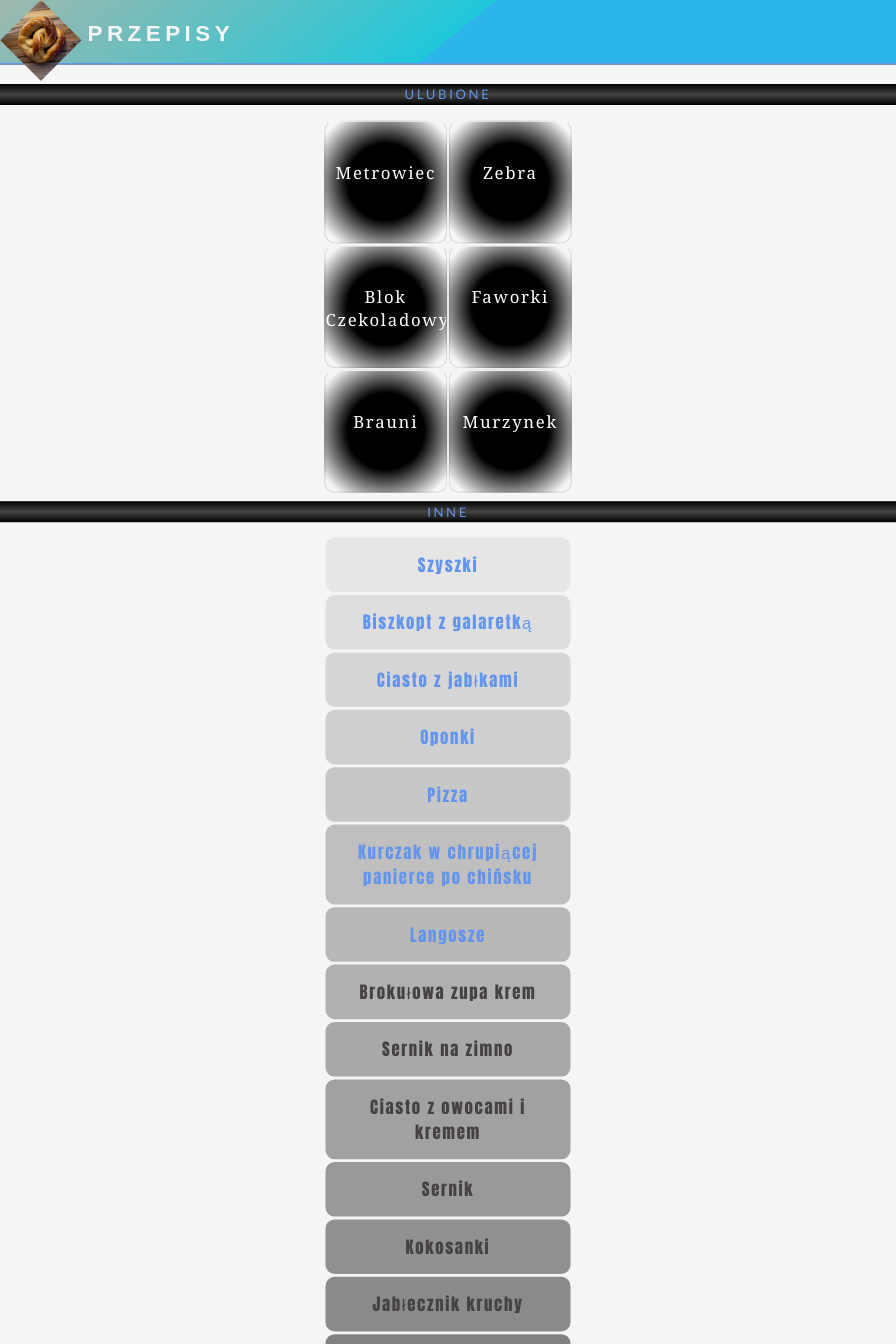
Repository: yaoayh/przepisy
Page: index.html
These files come from the project's save history. The page is drawn as it stood at one moment and after a run of saves; the edit follows.
The browser window is 1280 px wide. The pictures show the part of the page from y = 0 to 1920 px (the page is 3147 px tall), at 70% of full size.

Above is the page before, as saved 2020-08-14 01:09:33.

### index.html
<!DOCTYPE html>
<html>
    <head>
        <title>Przepisy</title>

        <meta charset="UTF-8">
        <meta name="viewport" content="width=device-width,
        initial-scale=1.0">
        <meta name="author" content="Dawid Litwin">

        <link rel="shortcut icon" href="images/icon.jpg">

        <link href="css/styles.css" type="text/css"
        rel="stylesheet" />
    </head>

    <body>
        <!--                HEADER                           -->
        <div id="header">
            <div class="picture">
                <a href="#top"><img src="images/precel.jpg" alt="precel"
                title="obrazek przedstawiajacy precel"
                width= "82,8" height= "82,8"></a>
            </div>
        <h1>Przepisy</h1>
        </div>


        <!--                    INFO 1                       -->

        <div class="info_Nr1">
            <h3>Ulubione</h3>
        </div>
        <!--                    SQARES                       -->

        <form class="head_Sqares">
            <!----------------------------------------------------------------------------------------------------------------------------------------------------------------------->
            <a class="m1" href="podstrony/metrowiec.html">
            <div class="sqares_Left">
                <p class="favorites">Metrowiec
                </p>
            </div></a>
            <a href="podstrony/Zebra.htm">
            <div class="sqares_Right">
                <p class="favorites">Zebra</p>
            </div></a>
            <!---->
            <a href="podstrony/blok_Czekoladowy.html"><div class="sqares_Left">
                <p class="bigger">Blok Czekoladowy</p>
            </div></a>
            <a href="podstrony/faworki.html"><div class="sqares_Right">
                <p>Faworki</p>
            </div></a>
            <!---->
            <a href="podstrony/brauni.html"> <div class="sqares_Left">
                <p>Brauni</p>
            </div></a>
            <a href="podstrony/murzynek.html"><div class="sqares_Right">
                <p>Murzynek</p>
            </div></a>
            <!----------------------------------------------------------------------------------------------------------------------------------------------------------------------->
        </form>
        <div class="info_Nr2">
            <h3>Inne</h3>
        </div>
        <!--            CZEŚĆ DRUGA                          -->

        <form class="main2">
            <a href="podstrony/szyszki.html"><div class="n1"><p class="p1">Szyszki</p></div></a>
            <a href="podstrony/biszkopt_z_galaretką.html"><div class="n2"><p class="p1">Biszkopt z galaretką</p></div></a>
            <a href="podstrony/ciasto_z_jablkami.html"><div class="n3"><p class="p1">Ciasto z jabłkami</p></div></a>
            <a href="podstrony/oponki.html"><div class="n4"><p class="p1">Oponki</p></div></a>
            <a href="podstrony/pizza.html"><div class="n5"><p class="p1">Pizza</p></div></a>
            <a href="podstrony/kurczak_po_chinsku.html"><div class="n6"><p class="p1">Kurczak w chrupiącej panierce po chińsku</p></div></a>
            <a href="podstrony/langosze.html"><div class="n7"><p class="p1">Langosze</p></div></a>
            <a href="podstrony/brokulowa_zupa_krem.html"><div class="n8"><p class="p1_Shadow">Brokułowa zupa krem</p></div></a>
            <a href="podstrony/sernik_na_zimno.html"><div class="n9"><p class="p1_Shadow">Sernik na zimno</p></div></a>
            <a href="podstrony/ciasto_z_owocami_i_kremem.html"><div class="n10"><p class="p1_Shadow">Ciasto z owocami i kremem</p></div></a>
            <a href="podstrony/sernik.html"><div class="n11"><p class="p1_Shadow">Sernik</p></div></a>
            <a href="podstrony/kokosanki.html"><div class="n12"><p class="p1_Shadow">Kokosanki</p></div></a>
            <a href="podstrony/jablecznik_kruchy.html"><div class="n13"><p class="p1_Shadow">Jabłecznik kruchy</p></div></a>
            <a href="podstrony/ciasto_kasi.html"><div class="n14"><p class="p1_Shadow">Ciasto Kasi</p></div></a>
            <a href="podstrony/ciasto_ucierane.html"><div class="n15"><p class="p1">Ciasto ucierane z owocami</p></div></a>
            <a href="podstrony/gofry.html"><div class="n16"><p class="p1">Gofry</p></div></a>
            <a href="podstrony/brauni.html"><div class="n17"><p class="p1">Brauni Kasi</p></div></a>
            <a href="podstrony/salatka_francuska.html"><div class="n18"><p class="p1">Sałatka francuska</p></div></a>
            <a href="podstrony/botwina.html"><div class="n19"><p class="p1">Botwina</p></div></a>
            <a href="podstrony/nalewka.html"><div class="n20"><p class="p1">Nalewka</p></div></a>
            <a href="podstrony/salatka_zolta.html"><div class="n21"><p class="p1">Sałatka żółta</p></div></a>
            <a href="podstrony/ogorki_konserwowe.html"><div class="n22"><p class="p1">Ogórki konserwowe</p></div></a>
            <a href="podstrony/zacierki.html"><div class="n23"><p class="p1">Zacierki</p></div></a>
            <div class="n24"><p class="p1">Zupa serowa z pulpetami</p></div>
            <a href="podstrony/sos_beszamelowy_zapiekany.html"><div class="n25"><p class="p1">Sos beszamelowy Zapiekany</p></div></a>
            <a href="podstrony/kurczak_z_antylii.html">
                <div class="n26">
                    <p class="p1">Kurczak z Antylii</p>
                </div>
            </a>
            <br>

        </form>
        <br><br><br>

        <!--            PRAWA AUTORIESKIE                    -->

        <form class="bottom">
            <strong> <q>Precel</q>
                by <a class="a_Bottom" href="https://www.flickr.com/photos/ajay_suresh/">ajay_suresh</a>
        </strong>
        </form>


    </body>
</html>

### css/styles.css

html{overflow: scroll;}
body {
    height: auto;
	margin: 0px;
    background-color: whitesmoke;
}

/*                      Nagłówek                    */
body.body_Undersite{
    padding: 5px;
}
#header {
    top: 0px;
    width: 100%;
    height: 90px;
    position: fixed;
    background-color: black;
    background-image: linear-gradient(141deg, #9fb8ad 0%, #1fc8db 51%, #2cb5e8 51%, #2cb5e8 75%);
    border-bottom: 2px solid cornflowerblue;}

.picture{
    margin: 16px;
    float: left;
    width: 82px;
    transform: rotate(45deg);}

h1 {
    text-transform: uppercase;
    font-family: Arial, Helvetica, sans-serif;
    letter-spacing: 0.2em;
    font-style: normal;
    color: whitesmoke;
    padding: 30px 30px 30px 15px;
    margin-left: 110px;
    margin-top: 0px;}


/*                  CZESC II                    */
form.main2{
    margin: auto;
    height: auto; /*531px;*/
    width: 354px;/*354px;*/
    background-color: whitesmoke;
    padding: 5px;}
.info_Nr1, .info_Nr2{
    background-image: linear-gradient( black,rgb(68, 68, 68),black);
    border: 12px 12px 12px 12px;
    border-color: black;
    border-style: single;
    text-align: center;
    margin-top: 120px;
    margin-bottom: 15px;
}

h3 {
    font-weight: normal;
    color: cornflowerblue;
    font-family: "Gill Sans", Arial, sans-serif;
    text-transform: uppercase;
    text-align: center;
    padding: 4px;
    margin: 0px;
    letter-spacing: 0.2em;}

/*                      BLOKI                   */

form.head_Sqares {
    margin: auto;
    height: 531px; /*531px;*/
    width: 354px;/*354px;*/
    background-color: whitesmoke;
    padding: 5px;}

.sqares_Left, .sqares_Right {
    text-decoration: none;
    border-radius: 15px;
    margin-top: 2px;
    width: 172px;
    height: 172px;
    background-image: linear-gradient(whitesmoke, black);
    background-image: linear-gradient(white, black, black);
    background-image: radial-gradient(circle,black,black,whitesmoke 90%);
    color: white;
    overflow: auto;
    border: 2px solid rgba(0, 0, 0, .1);
    border-top: 2px solid rgba(245, 245, 245, 0.959);
    /* border-top: 2px solid rgb(133, 133, 133); */

}
.sqares_Left{
    float: left;
    }
/* .first_Choice{color: cornflowerblue;} */
.sqares_Right{
    float: right ;
    clear: right;}
p {

    border-radius: 5px;
    text-decoration: none;
    padding-top: 55px;
    text-align: center;
    font-family: Georgia, 'Times New Roman', Times, serif;
    font-size: x-large;
    letter-spacing: 0.10em;
    margin:0px;}
p.p1_Shadow{padding: 21px; color: rgb(70, 66, 66);
    font-family: Impact, Haettenschweiler, 'Arial Narrow Bold', sans-serif;
text-decoration: none;}
p.p1{
    font-family: Impact, Haettenschweiler, 'Arial Narrow Bold', sans-serif;
    text-decoration: none;
    padding: 21px;
    color: cornflowerblue;}
#bigger {
    font-size: 9px;
    padding: 0px 0px;}
.info_Nr2 {margin-top: 10px;}

.n1,.n2,.n3,.n4,.n5,.n6,.n7,.n8,.n9,.n10,.n11,.n12,.n13,.n14,.n15,.n16,.n17,.n18,.n19,.n20,.n21,.n22,.n23,.n24,.n25,.n26,.n27{
    border-radius: 15px;
    border: 2px solid whitesmoke;
    clear: both;}
div.n1 {

    background-color: hsl(0, 0%, 90%);
}
.n2{
    background-color: hsl(0,0%,87%);
}
.n3{
    background-color: hsl(0, 0%, 84%);
}
.n4{
    background-color: hsl(0, 0%, 81%);
}
.n5{
    background-color: hsl(0, 0%, 78%);
}
.n6{
    background-color: hsl(0, 0%, 75%);
}
.n7{
    background-color: hsl(0, 0%, 72%);
}
.n8{
    background-color: hsl(0, 0%, 69%);
}
.n9{
    background-color: hsl(0, 0%, 66%);
}
.n10{
    background-color: hsl(0, 0%, 63%);
}
.n11{
    background-color: hsl(0, 0%, 60%);
}
.n12{
    background-color: hsl(0, 0%, 57%);
}
.n13{
    background-color: hsl(0, 0%, 54%);
}
.n14{
    background-color: hsl(0, 0%, 51%);
}
.n15{
    background-color: hsl(0, 0%, 48%);
}
.n16{
    background-color: hsl(0, 0%, 45%);
}
.n17{
    background-color: hsl(0, 0%, 42%);
}
.n18{
    background-color: hsl(0, 0%, 39%);
}
.n19{
    background-color: hsl(0, 0%, 36%);
}
.n20{
    background-color: hsl(0, 0%, 33%);
}
.n21{
    background-color: hsl(0, 0%, 30%);
}
.n22{
    background-color: hsl(0, 0%, 27%);
}
.n23{
    background-color: hsl(0, 0%, 24%);
}
.n24{
    background-color: hsl(0, 0%, 21%);
}
.n25{
    background-color: hsl(0, 0%, 18%);
}
.n26{
    background-color: hsl(0, 0%, 15%);
}
.n27{background-color: hsl(0, 0%, 12%);}


/*                  PRAWA AUTORSKIE             */
.a_Bottom {
    text-decoration: none;
    color: white;
    text-decoration-line: underline;
}
.bottom {
    padding: 5px;
    text-decoration: none;
    background-color: black;
    color: white;
}
/**************************************************************************************/

#header_Undersite {
    top: 0px;
    width: 100%;
    height: 90px;
    position: fixed;
    background-color: black;
    border-bottom: 2px solid cornflowerblue;}
h1.h1_Undersite {
    letter-spacing: 0.15em;
}

a.m1:visited{
    color: cornflowerblue;
}
a {

    text-decoration: whitesmoke;

}
a:visited{
    color: whitesmoke;
}
a:hover{
    text-decoration: none;
    background-color: aquamarine;
    color: cyan;
}
td{
    font-size: large;
    text-decoration: solid;
    font-family: Arial, Helvetica, sans-serif;
    padding: 5px;
    background-color: cornflowerblue;
    border-radius: 5px;

}
form.form_Undersite{
    margin-top: 120px;
    background-color: rgb(245, 245, 245);
}
.name{
    max-width: 400px;
    border-radius: 35px;
    border: 8px double cornflowerblue;
    background-color: hsl(245,0%,95%);
    padding: 5px 0px 5px 5px;
    margin: 5px;}

h2 {
    text-align: left;
    font-size: x-large;
    text-transform: uppercase;
    font-family: Arial, Helvetica, sans-serif;
    letter-spacing: 0.2em;
    font-style: normal;
    color: whitesmoke;
    padding: 30px;
    border: 1px solid cornflowerblue;
    border-radius: 0px 20px 20px 0px;
    max-width: 120px;
    background-color: cornflowerblue;
    }
table {

    margin-right: 0px;
    padding: 10px 0px 10px 0px;
}
tr{
    empty-cells: hide;
}
td {
    width: 60px;
    background-color: hsl(0,0%,87%);
    border-radius: 10px;
    padding: 10px 5px 10px 10px;
    text-align: right;
    font-weight: bold;
}
td.table2{
    width: auto;
    background-color: cornflowerblue;
    border-radius: 50px;
    font-weight: normal;
    padding: 10px 10px 10px 10px;
    text-align: left;
}
ol{
    padding: 10px 0px 10px 0px;
    margin: 25px;
    border-radius: 20px;
    background-color: hsl(0,0%,87%);
}
li {

    font-family: Arial, Helvetica, sans-serif;
    font-size: large;
    padding: 15px 5px 10px 5px;
}
.ps{
    background-color: hsl(0,0%,87%);
    margin: 5px;
    border: 4px double cadetblue;
    border-radius: 5px;
    padding: 5px;
}

After the next 2 saves:
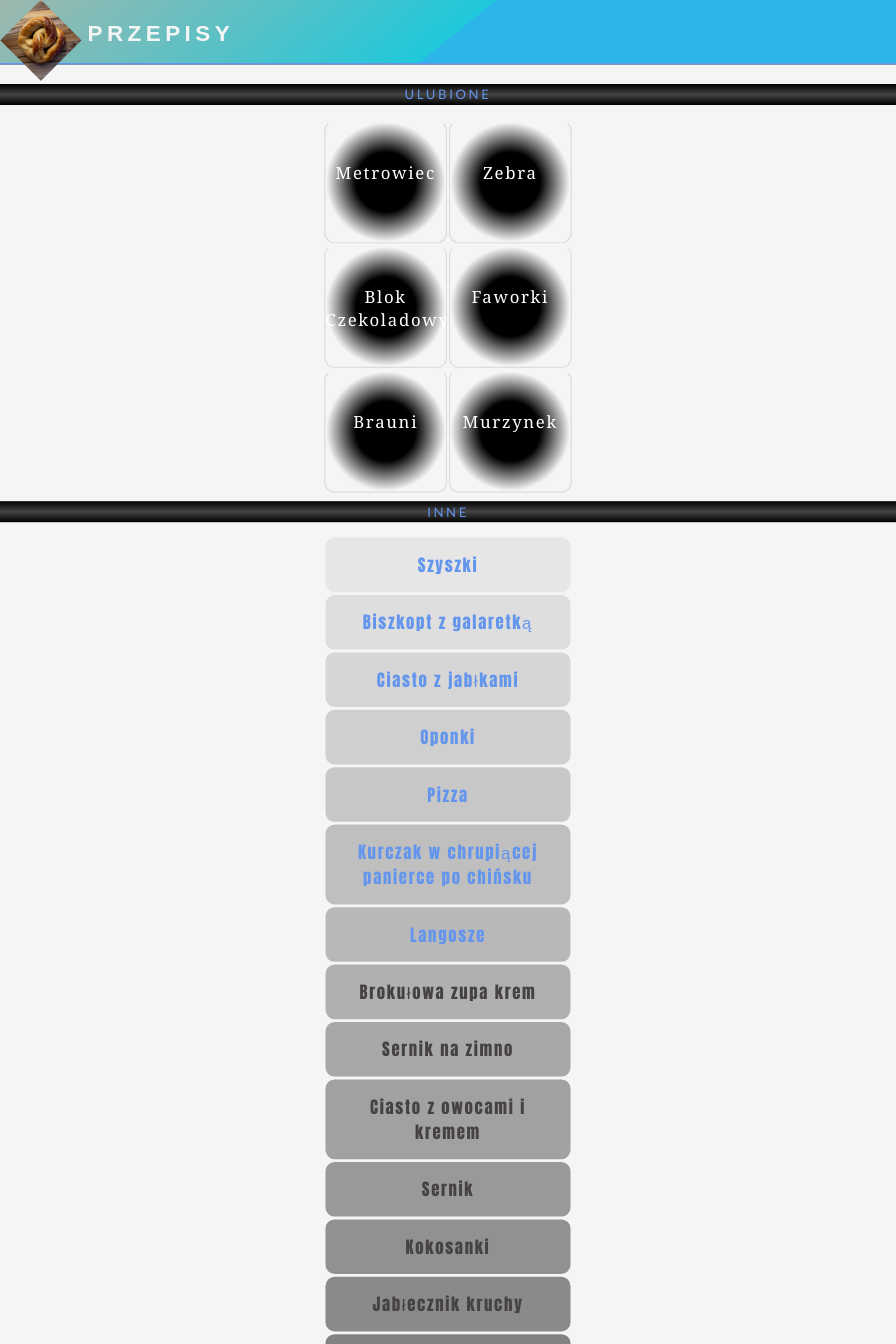
The 2 saves are shown as one change because they came seconds apart.
The last was saved 10 s later.
--- a/css/styles.css
+++ b/css/styles.css
@@ -80,7 +80,7 @@ form.head_Sqares {
     height: 172px;
     background-image: linear-gradient(whitesmoke, black);
     background-image: linear-gradient(white, black, black);
-    background-image: radial-gradient(circle,black,black,whitesmoke 90%);
+    background-image: radial-gradient(circle,black,black,whitesmoke 70%);
     color: white;
     overflow: auto;
     border: 2px solid rgba(0, 0, 0, .1);
